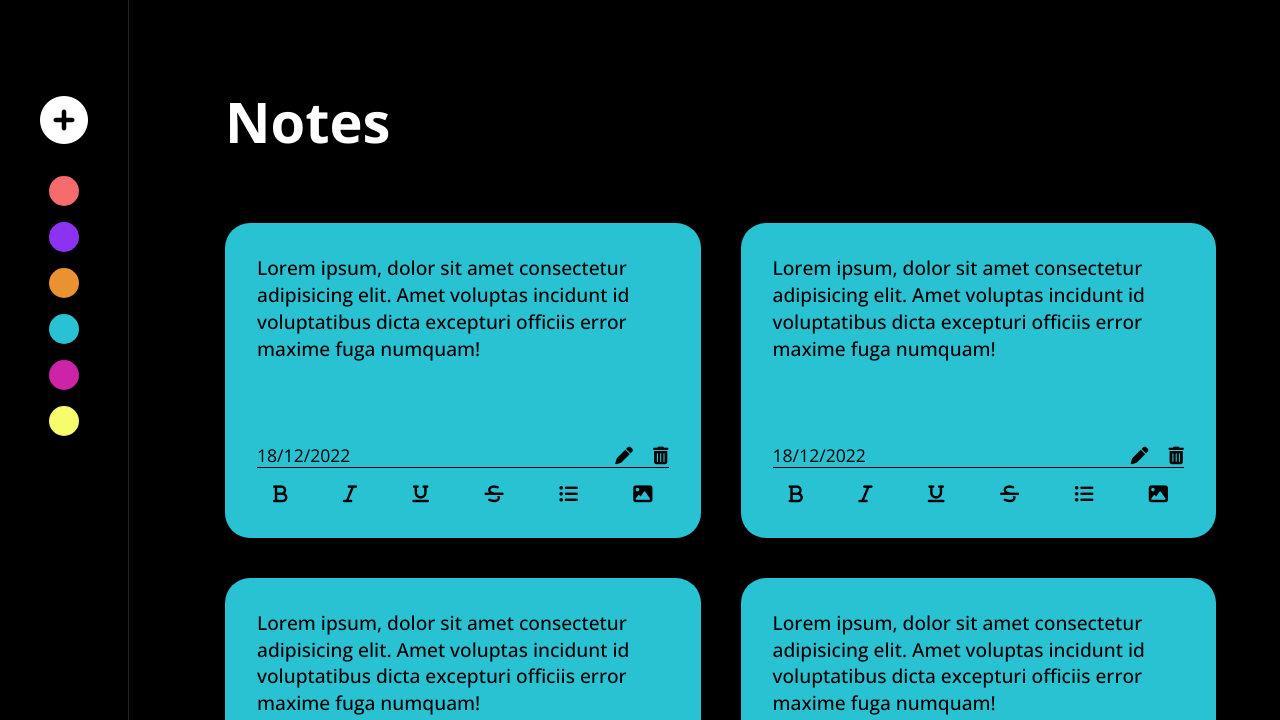
Repository: emiliaiwu/notes_app
Page: index.html
These files come from the project's save history. The page is drawn as it stood at one moment and after the next save; the edit follows.
The browser window is 1280 px wide. The pictures show the whole page.
An inner scrolling area shows only its first screen. Some web libraries are served in a nearby version.

Above is the page before, as saved 2022-12-19 23:35:58.

After the next save:
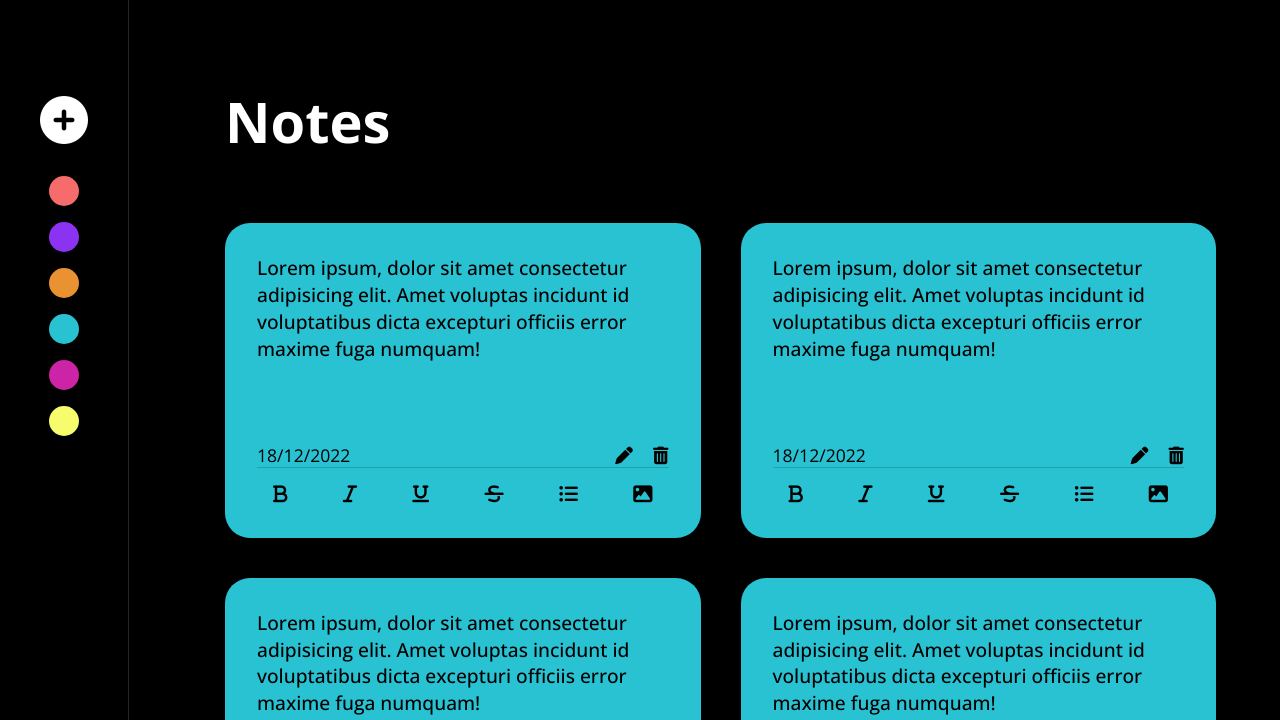
Saved 9 s later.
--- a/style.css
+++ b/style.css
@@ -133,7 +133,7 @@ small {
 
 
 .edit_settings {
-    border-top: 1px solid #000;;
+    border-top: 1px solid rgba(0, 0, 0, 0.178);;
     width: 100%;
     padding: 1rem;
 }
